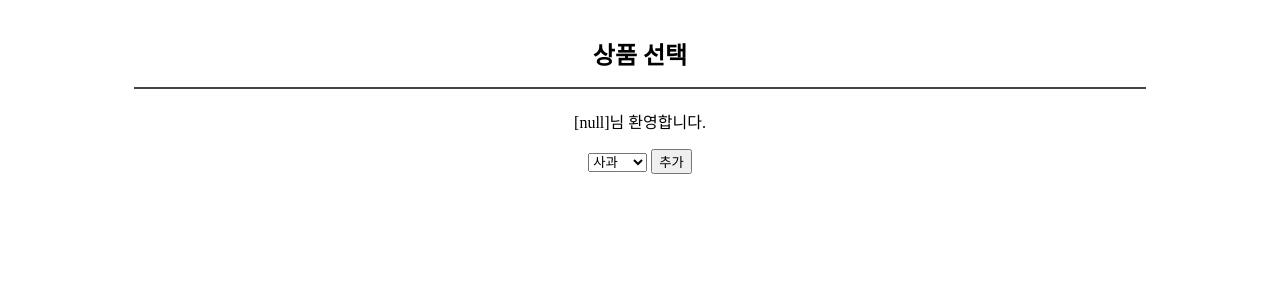
Repository: Leesuhwan1445/jspworks
Page: http://localhost/jweb01/cart/selProduct.jsp
An editor plug-in stored every save of this project. The page is shown before and after the next save, followed by the edit.
The browser window is 1280 px wide. The pictures show the whole page.
The page is served by Tomcat 10.

Above is the page before, as saved 2025-10-13 04:01:02.

After the next save:
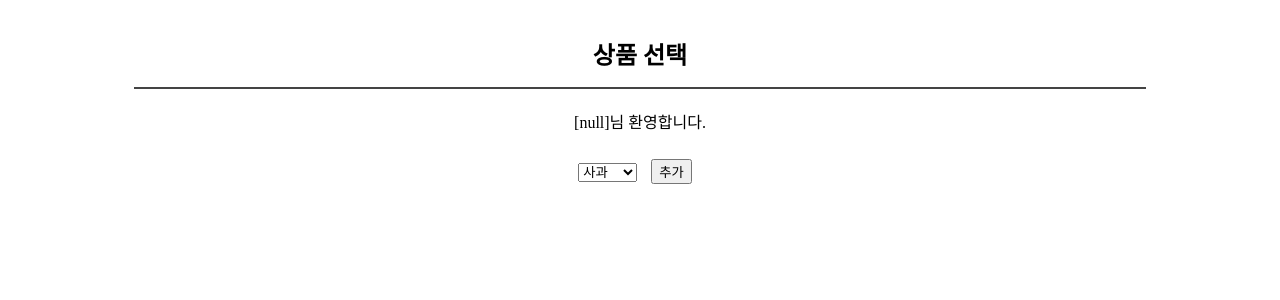
Saved 11 s later.
--- a/jweb01/src/main/webapp/cart/selProduct.jsp
+++ b/jweb01/src/main/webapp/cart/selProduct.jsp
@@ -5,10 +5,7 @@
 <head>
 <meta charset="UTF-8">
 <title>Insert title here</title>
-<style>
-#container{width: 80%; margin: 0 auto; text-align: center;}
-h2{border-bottom: 2px solid #444; padding: 16px;}
-</style>
+<link rel="stylesheet" href="../resources/css/style.css">
 </head>
 <%
 	//입력된 이름 받아오기
